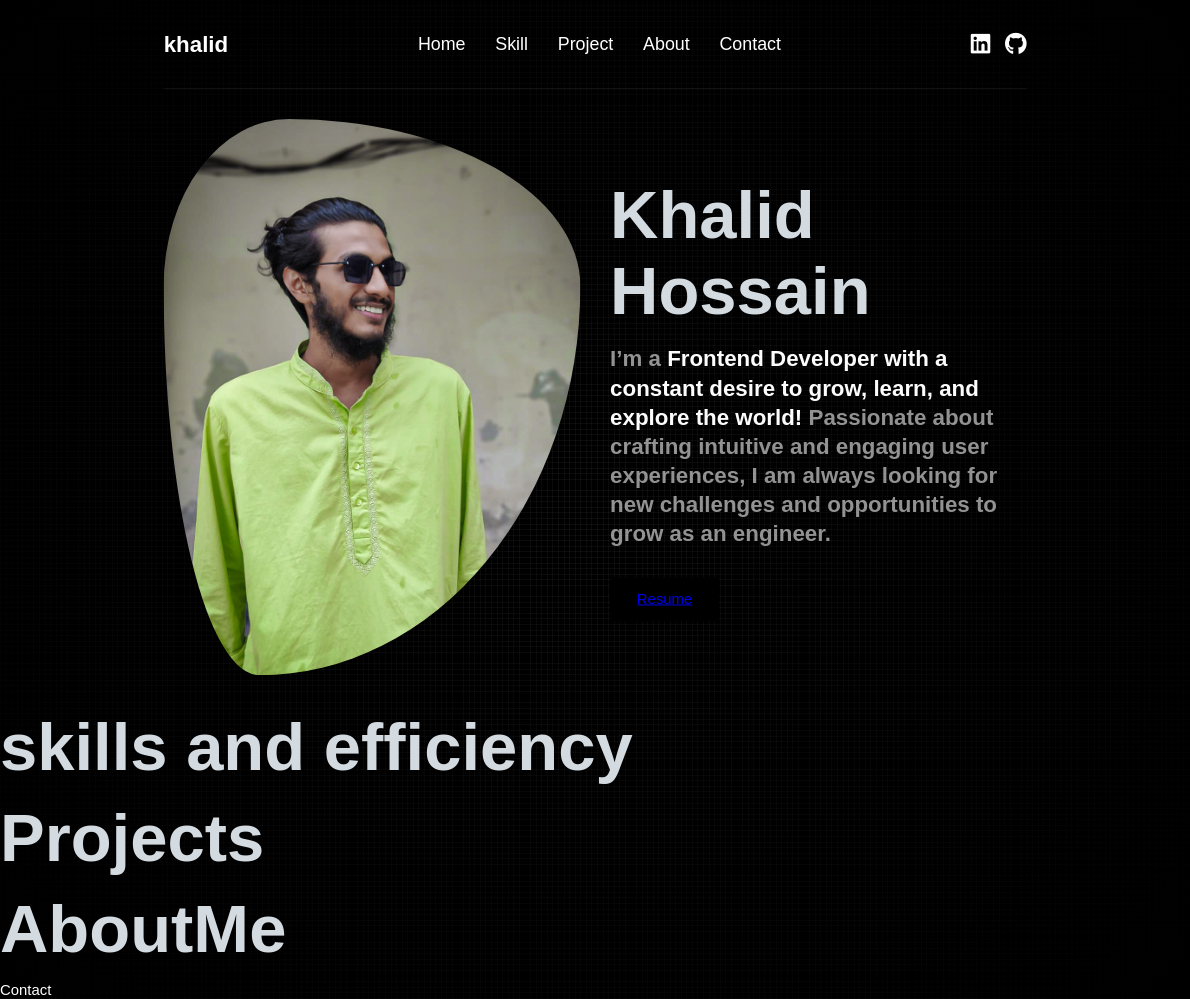
Repository: badhon252/my-portfolio
Page: /
These files come from the project's save history. The page is drawn as it stood at one moment and after the next save; the edit follows.
The browser window is 1280 px wide. The pictures show the whole page, at 93% of full size.
The project was rebuilt for these pictures with package versions that can differ from the ones it lists, and the page was loaded fresh each time. Also part of the build but not shown: src/Components/Home/Header/Navbar/Navs/LinkedIn/LinkedIn.module.css, src/Components/Home/Header/Navbar/Navs/GitHub/Github.module.css.

Above is the page before, as saved 2023-01-16 00:27:02.

### public/index.html
<!DOCTYPE html>
<html lang="en">

<head>
    <meta charset="utf-8" />
    <link rel="icon" href="%PUBLIC_URL%/favicon.ico" />
    <meta name="viewport" content="width=device-width, initial-scale=1" />
    <meta name="theme-color" content="#000000" />
    <meta name="description" content="Web site created using create-react-app, Portfolio" />
    <link rel="apple-touch-icon" href="%PUBLIC_URL%/logo192.png" />
    <link rel="stylesheet" href="https://cdnjs.cloudflare.com/ajax/libs/font-awesome/6.2.1/css/all.min.css">
    <link rel="manifest" href="%PUBLIC_URL%/manifest.json" />

    <title>Portfolio Website</title>
</head>

<body>
    <div id="root"></div>

    <script src="https://platform.linkedin.com/badges/js/profile.js" async defer type="text/javascript"></script>

</body>

</html>

### src/index.css
body {
    margin: 0;
    font-family: -apple-system, BlinkMacSystemFont, 'Segoe UI', 'Roboto', 'Oxygen', 'Ubuntu', 'Cantarell', 'Fira Sans', 'Droid Sans', 'Helvetica Neue', sans-serif;
    -webkit-font-smoothing: antialiased;
    -moz-osx-font-smoothing: grayscale;
    background-color: #000000;
    background-image: radial-gradient(circle at center center, transparent 0%, rgb(0, 0, 0) 99%), repeating-linear-gradient(0deg, rgba(163, 163, 163, 0.07) 0px, rgba(163, 163, 163, 0.07) 1px, transparent 1px, transparent 6px), repeating-linear-gradient(90deg, rgba(163, 163, 163, 0.07) 0px, rgba(163, 163, 163, 0.07) 1px, transparent 1px, transparent 6px), linear-gradient(90deg, rgb(0, 0, 0), rgb(0, 0, 0));
    color: #ffffff;
}

code {
    font-family: source-code-pro, Menlo, Monaco, Consolas, 'Courier New', monospace;
}

* {
    margin: 0;
    padding: 0;
    box-sizing: border-box;
    font-family: 'Poppins', sans-serif;
}

### src/App.js
import Home from './Components/Home/Home';

function App() {
  return (
    <div className="App">
      <Home/>
    </div>
  );
}

export default App;

### src/Components/Home/Home.jsx
import AboutMe from "./AboutMe/AboutMe";
import Footer from "./Footer/Footer";
import Header from "./Header/Header";
import Projects from "./Project/Projects";
import Skill from "./Skill/Skill";


export default function Home() {
  return (
    <div>
        <Header />
        <Skill/>
        <Projects/>
        <AboutMe/>
        <Footer/>

    </div>
  )
}

### src/Components/Home/AboutMe/AboutMe.jsx
import React from 'react';

const AboutMe = () => {
    return (
        <div>
            <h1>AboutMe</h1>
        </div>
    );
}

export default AboutMe;

### src/Components/Home/Footer/Footer.jsx
import React from 'react'
import Contact from './Contact/Contact'

export default function Footer() {
  return (
    <div>
        <Contact/>
    </div>
  )
}

### src/Components/Home/Header/Header.jsx
import React from 'react'
import HeaderContent from './HeaderContent/HeaderContent'
import Navbar from './Navbar/Navbar'
import Classes from './Header.module.css'

export default function Header() {
  return (
    <div className={Classes.header}>
      <Navbar/>
      <HeaderContent/>
    </div>
  )
}

### src/Components/Home/Project/Projects.jsx
import React from 'react';

const Projects = () => {
    return (
        <div>
            <h1>Projects</h1>
        </div>
    );
}

export default Projects;

### src/Components/Home/Skill/Skill.jsx
import React from 'react';

const SkillEfficiency = () => {
    return (
        <div>
        <h1>skills and efficiency</h1>
        </div>
    );
}

export default SkillEfficiency;

### src/Components/Home/Header/HeaderContent/HeaderContent.jsx
import Badhon from "../../../../Assests/Images/badhon.jpg";
import HeroSection from './HeroSection'
import Classes from "./Header.module.css";

export default function HeaderContent() {
  return (
    <div>
      <div className={Classes.heroSection}>
          <div className={Classes.row}>
            <HeroSection col={Classes.col}/>
            <div className={Classes.col}>
              <img src={Badhon} alt="Badhon" className={Classes.heroImage} />
            </div>

        </div>
      </div>
    </div>
  )
}

### src/Components/Home/Header/Navbar/Navbar.jsx
import "./Navs/Navs.css"
import "./Navbar.css"
import NavbarBrand from './NavbarBrand/NavbarBrand'
import Nav from './Navs/Nav/Nav'
import LinkedIn from './Navs/LinkedIn/LinkedIn'
import GitHub from './Navs/GitHub/Github'

export default function Navbar() {
  return (
    <div className='navBar borderBottom'>
            <NavbarBrand/>
            <Nav/>
         <div className='navBar'>
            <LinkedIn/>
            <GitHub/>
         </div>
    </div>
  )
}

### src/Components/Home/Header/Header.module.css
.header {
    min-height: 100vh;
    margin: 0 10rem;
    color: aliceblue;
    padding: 0 1rem;
}

### src/Components/Home/Header/HeaderContent/HeroSection.jsx
import Classes from "./Header.module.css";


export default function HeroSection({col}) {
  return (
    <div className={col}>
          <h1 className={Classes.h1}>Khalid Hossain</h1>
          <p>
            I’m a <span>Frontend Developer with a constant desire to grow, learn, and explore the world!</span> Passionate about crafting intuitive and engaging user experiences,
            I am always looking for new challenges and opportunities to grow as an engineer.
          </p>
          <button className={Classes.resume}>
             <a href="https://www.github.com/badhon252" target="_blank" rel="noreferrer">
               Resume
              </a>
          </button>
    </div>
  );
}

### src/Components/Home/Header/HeaderContent/Header.module.css
.row {
    display: flex;
    flex-direction: row-reverse;
    justify-content: space-between;
    align-items: center;
    flex-wrap: wrap;
    margin: 2rem 0;
    gap: 2rem;
}

.col {
    flex-basis: 45%;
    flex: 1;
}

.heroImage {
    min-width: 300px;
    max-width: 600px;
    width: 100%;
    height: auto;
    box-sizing: border-box;
    overflow: hidden;
    transition: .7s;
    border-radius: 30% 70% 77% 23% / 30% 30% 70% 70%;
}

.heroImage:hover {
    border-radius: 50%;
}

h1 {
    font-size: 4.5em;
    font-weight: 700;
    margin-bottom: 1rem;
    color: rgba(240, 248, 255, 0.877);
}

p {
    font-size: 1.5em;
    font-weight: 600;
    margin-bottom: 1rem;
    color: rgba(255, 255, 255, 0.568);
    line-height: 1.3;
}

p span {
    color: #fcfcfc;
}

.resume {
    padding: .9rem 1.8rem;
    border: 1px solid #49ff12;
    font-size: 1rem;
    font-weight: 500;
    margin-top: 1rem;
    outline: none;
    border: none;
    border-radius: 5px;
    background-color: #000;
    color: #fcfcfc;
}

.resume:hover {
    background-color: #49ff12;
    color: #000;
}

### src/Components/Home/Header/Navbar/Navs/Navs.css
.flexRow {
    display: flex;
    justify-content: space-between;
    align-items: center;
    flex-wrap: wrap;
    gap: 2rem;
}

.me_1 {
    margin-right: 1rem;
}

### src/Components/Home/Header/Navbar/Navbar.css
.boxShadow {
    -webkit-box-shadow: 0px 22px 40px -37px rgba(255, 255, 255, 1);
    -moz-box-shadow: 0px 22px 40px -37px rgba(255, 255, 255, 1);
    box-shadow: 0px 22px 40px -37px rgba(255, 255, 255, 1);
}

.borderBottom {
    border-bottom: 1px solid #f6f6f612;
}

### src/Components/Home/Header/Navbar/NavbarBrand/NavbarBrand.jsx
import Classes from "./NavbarBrand.module.css"
export default function NavbarBrand() {
  return (
    <div className={Classes.navbarBrand}>khalid</div>
  )
}

### src/Components/Home/Header/Navbar/Navs/Nav/Nav.jsx
import "./../Navs.css"
import "./Nav.css"
export default function Nav() {
  return (
    <div>
        <nav className="navBar" >
            <div className="container-fluid">

                {/* <button className="navbar-toggler" type="button" data-bs-toggle="collapse" data-bs-target="#navbarSupportedContent" aria-controls="navbarSupportedContent" aria-expanded="false" aria-label="Toggle navigation">
                <span className="navbar-toggler-icon"></span>
                </button> */}
                <div className="collapse navbar-collapse" id="navbarSupportedContent">
                <ul className="flexRow navbar-nav me-auto mb-2 mb-lg-0">
                    <li className="nav-item">
                    <a className="nav-link" href="#home">Home</a>
                    </li>
                    <li className="nav-item">
                    <a className="nav-link" href="#skill">Skill</a>
                    </li>
                    <li className="nav-item">
                    <a className="nav-link" href="#project">Project</a>
                    </li>
                    <li className="nav-item">
                    <a className="nav-link" href="#aboutMe">About</a>
                    </li>
                     <li className="nav-item">
                    <a className="nav-link" href="#contact">Contact</a>
                    </li>

                </ul>

                </div>
            </div>
        </nav>
    </div>
  )
}

### src/Components/Home/Header/Navbar/Navs/LinkedIn/LinkedIn.jsx
import "./LinkedIn.module.css"

export default function LinkedIn() {
  return (
    <div className='me_1' >
      <a href="https://www.linkedin.com/in/khalidhossainbadhon/" target="_blank" rel="noreferrer">
     <i class="fa-brands fa-linkedin"></i>
      </a>
    </div>
  )
}

### src/Components/Home/Header/Navbar/Navs/GitHub/Github.jsx
import Classes from "./Github.module.css"

export default function GitHub() {
  return (
    <div className={Classes.faBrands}>
      <a href="https://github.com/badhon252"><i class="fa-brands fa-github"></i></a>
    </div>
  )
}

### src/Components/Home/Header/Navbar/NavbarBrand/NavbarBrand.module.css
.navbarBrand {
    font-size: 1.5rem;
    font-weight: 700;
    color: rgb(255, 255, 255);
}

### src/Components/Home/Header/Navbar/Navs/Nav/Nav.css
.navBar {
    display: flex;
    justify-content: space-between;
    align-items: center;
    padding: 1.1rem 0;
    flex-wrap: wrap;
}

.navbar-nav {
    list-style-type: none;
    display: flex;
    justify-content: space-between;
}

.navbar-nav li a {
    text-decoration: none;
    color: rgb(255, 255, 255);
    font-size: 1.2rem;
    font-weight: 500;
    transition: all 0.3s ease-in-out;
}

.navbar-nav li a:hover {
    color: #49ff12;
}

.navbar-nav li a.active {
    color: #bb0707;
}

.navbar-nav li a.active:hover {
    color: #f1f1f1;
}

.navbar-nav li a.active::after {
    content: "";
    display: block;
    width: 100%;
    height: 2px;
    background: #f1f1f1;
    margin-top: 5px;
}

.navbar-nav li a.active:hover::after {
    background: #f1f1f1;
}

.fa-brands,
.fab {
    font-weight: 400;
    font-size: 1.5rem;
    color: #fff;
}

Loaded but not shown: src/index.js (common file); src/reportWebVitals.js (common file); src/Components/Home/Footer/Contact/Contact.jsx (common file)

After the next save:
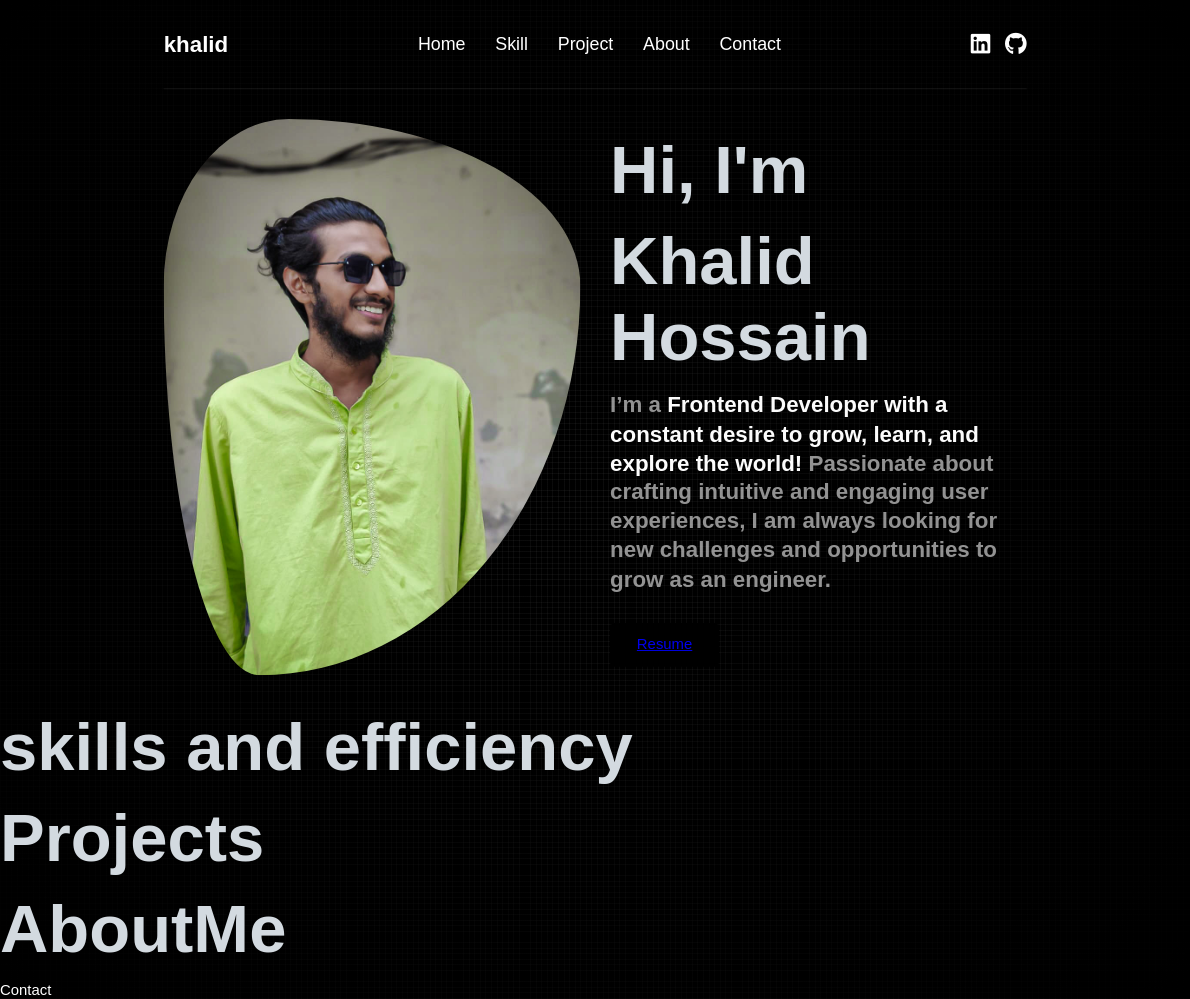
Saved 7 min 52 s later.
--- a/src/Components/Home/Header/HeaderContent/HeroSection.jsx
+++ b/src/Components/Home/Header/HeaderContent/HeroSection.jsx
@@ -4,6 +4,7 @@ import Classes from "./Header.module.css";
 export default function HeroSection({col}) {
   return (
     <div className={col}>
+          <h1 className={Classes.h1}>Hi, I'm</h1>
           <h1 className={Classes.h1}>Khalid Hossain</h1>
           <p>
             I’m a <span>Frontend Developer with a constant desire to grow, learn, and explore the world!</span> Passionate about crafting intuitive and engaging user experiences,
